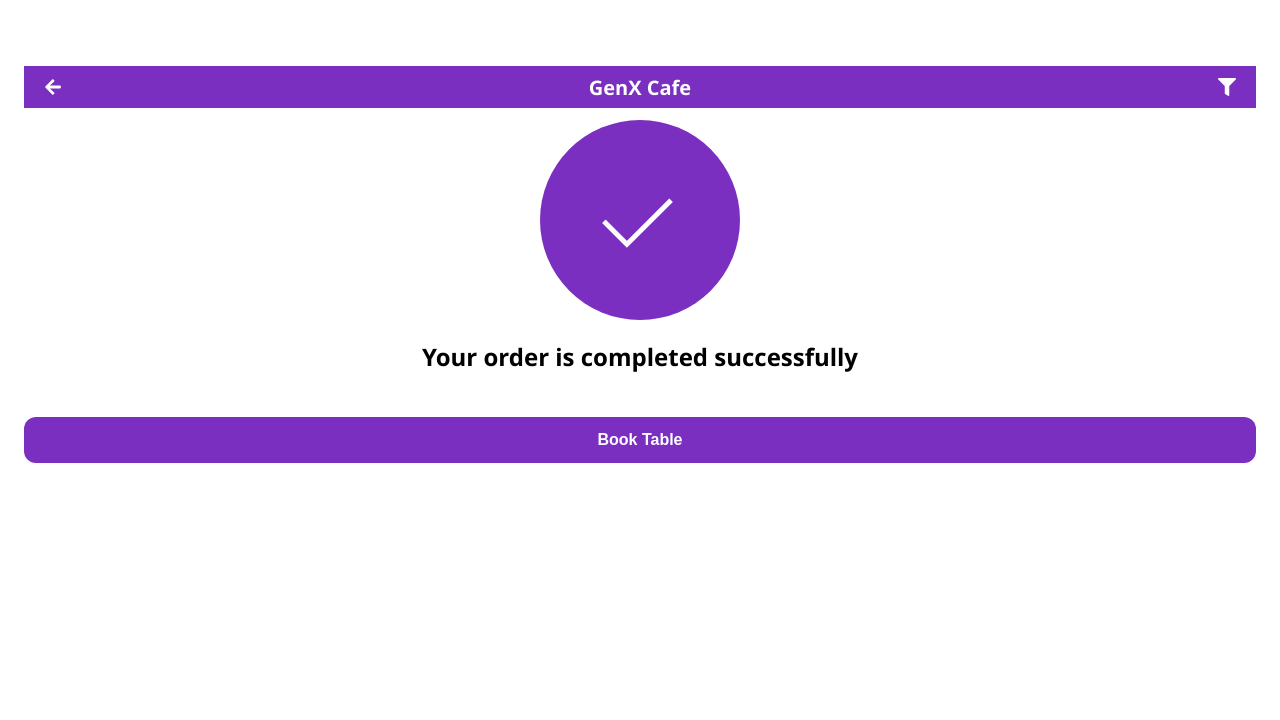
Repository: rajeshwaranslv/sturdy-spork-genx-frontend
Page: /success
The author's editor kept a copy of each file at every save. The page is drawn from the files as they stood at one save, then again after the next save.
The browser window is 1280 px wide. The pictures show the whole page.
The project was rebuilt for these pictures with package versions that can differ from the ones it lists, and the page was loaded fresh each time. Also part of the build but not shown: src/components/TableSelection.js, src/components/MenuSelection.js, src/components/OrderReview.js, src/components/billing.css, src/components/Billing.js.

Above is the page before, as saved 2025-07-15 11:32:52.

### src/App.js
import React from 'react';
import { BrowserRouter as Router, Route, Switch } from 'react-router-dom';
import TableSelection from './components/TableSelection';
import MenuSelection from './components/MenuSelection';
import OrderReview from './components/OrderReview';
import Billing from './components/Billing';
import Success from './components/Success';

export default function App() {
  return (
    <Router>
      <Switch>
        <Route exact path="/" component={TableSelection} />
        <Route path="/menu/:tableId" component={MenuSelection} />
   <Route path="/orders/:orderId" component={OrderReview} />

        <Route path="/billing/:orderId" component={Billing} />
        <Route path="/success" component={Success} />
      </Switch>
    </Router>
  );
}

### src/components/Success.js
import React, { useEffect } from 'react';
import { withRouter } from 'react-router-dom';
import { updateTableStatus } from '../services/api';
import { FaArrowLeft, FaFilter } from 'react-icons/fa'; // ✅ Import icons
import './style.css';

function Success({ history, location }) {
  const tableId = location.state?.tableId;

  useEffect(() => {
    if (tableId) {
      updateTableStatus(tableId, { status: 'available' })
        .then(() => console.log(`Table ${tableId} marked available ✅`))
        .catch(err => console.error('Failed to update table status:', err));
    }
  }, [tableId]);

  return (
<div className="container success-page">
  <div className="header-bar">
    <FaArrowLeft className="icon" onClick={() => history.push('/')} />
    <h2>GenX Cafe</h2>
    <FaFilter className="icon" />
  </div>

  <div className="checkmark-circle">
    <div className="checkmark" />
  </div>

  <h2>Your order is completed successfully</h2>

  <button className="footer-btn" onClick={() => history.push('/')}>
    Book Table
  </button>
</div>

  );
}

export default withRouter(Success);

### src/services/api.js
import axios from 'axios';

const API = axios.create({
  baseURL: 'http://localhost:3001/',
});

export const getTables = () => API.get('/tables');
export const getTableDetails = (id) => API.get(`/tables/${id}`);
export const getFoodItems = () => API.get('/foodItems');

export const placeOrder = (data) => API.post('/orders', data);
export const updateOrderItemStatus = (id, payload) => API.patch(`/orders/${id}`, payload);
export const getOrder = (id) => API.get(`/orders/${id}`);
export const generateBill = (data) => API.post('/bills', data);

// ✅ NEW: Update table status
export const updateTableStatus = (id, payload) => API.patch(`/tables/${id}`, payload);

### src/components/style.css
.container-fluid {
  background: #7a2fc0;
  min-height: 100vh;
  padding: 16px;

  font-family: 'Segoe UI', sans-serif;
}

/* Header Bar */
.header-bar {
  display: flex;
  justify-content: space-between;
  align-items: center;
  background: #7a2fc0;
  padding: 12px 20px;

  color: white;
  margin-bottom: 12px;
  position: relative;
}

.header-bar h2 {
  margin: 0;
  font-size: 20px;
  position: absolute;
  left: 50%;
  transform: translateX(-50%);
}

.icon {
  color: white;
  font-size: 18px;
  cursor: pointer;
}

/* Waiter Info Card */
.waiter-card {
  background: white;
  box-shadow: 0 4px 8px rgba(0,0,0,0.1);
  border-radius: 14px;
  padding: 12px 20px;
  display: flex;
  justify-content: space-between;
  align-items: center;
  max-width: 720px;
  width: 100%;
  margin: 20px auto 12px auto;
  flex-wrap: wrap;
  gap: 12px;
}

.waiter-name {
  color: #7a2fc0;
  font-size: 16px;
  font-weight: 600;
}

.waiter-role {
  font-size: 12px;
  color: #777;
}

.floor-label {
  font-size: 14px;
  font-weight: bold;
  color: #333;
}

.orders-count {
  font-size: 12px;
  color: #777;
}

.order-red {
  color: red;
  font-weight: bold;
}

/* Legend */
.legend-row {
  display: flex;
  justify-content: space-around;
  margin: 20px 0 12px;
  font-size: 13px;
  color: #555;
  flex-wrap: wrap;
  gap: 10px;
}

.legend-dot {
  width: 10px;
  height: 10px;
  border-radius: 50%;
  display: inline-block;
  margin-right: 6px;
}

.legend-dot.green {
  background-color: green;
}

.legend-dot.purple {
  background-color: purple;
}

.legend-dot.red {
  background-color: red;
}

/* Table Section */
.table-section {
  background: #fff;
  padding: 16px;
  border-radius: 24px;
  box-shadow: 0 4px 12px rgba(0, 0, 0, 0.2);
  max-width: 800px;
  margin: auto;
}

/* Table Grid */
.table-grid {
  display: grid;
  grid-template-columns: repeat(auto-fill, minmax(140px, 1fr));
  gap: 14px;
  padding: 10px 0;
}

/* Table Buttons */
.table-btn {
  padding: 16px 0;
  border-radius: 14px;
  font-size: 16px;
  font-weight: bold;
  cursor: pointer;
  border: 2px solid transparent;
  transition: all 0.2s ease-in-out;
  width: 100%;
  text-align: center;
}

.table-btn.available {
  color: green;
  border-color: green;
  background-color: white;
}

.table-btn.available:hover {
  background-color: #f0fff0;
}

.table-btn.selected {
  background-color: #7a2fc0;
  color: white;
  border-color: #7a2fc0;
}

.table-btn.occupied {
  background-color: red;
  color: white;
  cursor: not-allowed;
}

/* Select Button */
.select-btn {
  width: 100%;
  padding: 14px;
  margin-top: 24px;
  border-radius: 14px;
  border: none;
  background-color: #7a2fc0;
  color: white;
  font-size: 16px;
  font-weight: bold;
  cursor: pointer;
  box-shadow: 0 3px 8px rgba(0,0,0,0.1);
}

.select-btn:hover {
  background-color: #6926b2;
}

/* Responsive Tweaks */
@media (max-width: 768px) {
  .header-bar {
    flex-direction: row;
    padding: 10px 16px;
  }

  .header-bar h2 {
    font-size: 18px;
  }

  .waiter-card {
    flex-direction: column;
    align-items: flex-start;
    padding: 14px;
    gap: 8px;
  }

  .legend-row {
    flex-direction: column;
    align-items: flex-start;
    font-size: 12px;
  }

  .footer-btn {
    font-size: 14px;
    padding: 12px;
  }

  .table-grid {
    grid-template-columns: 1fr;
  }
}

@media (min-width: 769px) and (max-width: 1024px) {
  .table-grid {
    grid-template-columns: repeat(3, 1fr);
  }
}
.legend-row {
  display: flex;
  justify-content: center;
  align-items: center;
  gap: 20px;
  flex-wrap: wrap;
  font-size: 14px;
  margin-bottom: 20px;
}

.legend-item {
  display: flex;
  align-items: center;
  gap: 6px;
}

.legend-dot {
  width: 10px;
  height: 10px;
  border-radius: 50%;
  display: inline-block;
}

.legend-dot.green {
  background-color: green;
}

.legend-dot.purple {
  background-color: purple;
}

.legend-dot.red {
  background-color: red;
}
@media (max-width: 480px) {
  .legend-row {
    justify-content: space-between;
    gap: 12px;
    font-size: 12px;
  }
}

### src/components/menu.css

/* menu */
.menu-grid {
  display: grid;
  grid-template-columns: repeat(2, 1fr);
  gap: 14px;
  margin-top: 16px;
}

.container {
  padding: 16px;
  box-sizing: border-box;
  font-family: 'Segoe UI', sans-serif;
}


.menu-card {
  background: #fff;
  padding: 12px;
  border-radius: 14px;
  box-shadow: 0 4px 10px rgba(0,0,0,0.1);
  text-align: center;
  transition: all 0.3s ease;
  border: 2px solid transparent;
}

.menu-card.selected {
  border: 2px solid #7a2fc0;
  background-color: #f3e8ff;
}

.menu-card img {
  width: 80px;
  height: 80px;
  border-radius: 10px;
  object-fit: cover;
}

.menu-card h4 {
  margin: 8px 0 4px;
  font-size: 16px;
  color: #333;
}

.menu-card .desc {
  font-size: 12px;
  color: #777;
  height: 32px;
  overflow: hidden;
}

.menu-card button {
  background-color: #7a2fc0;
  color: white;
  border: none;
  border-radius: 8px;
  padding: 6px 12px;
  margin-top: 8px;
  font-size: 13px;
  cursor: pointer;
}

.menu-card button:hover {
  background-color: #6920a4;
}

.footer-btn {
  width: 100%;
  margin-top: 20px;
  padding: 12px;
  background-color: #7a2fc0;
  color: white;
  border: none;
  border-radius: 12px;
  font-size: 16px;
  font-weight: bold;
  cursor: pointer;
}

.footer-btn:disabled {
  background-color: #ccc;
  cursor: not-allowed;
}

### src/components/order.css
/* order */
.order-list {
  margin-top: 20px;
  display: flex;
  flex-direction: column;
  gap: 14px;
}

.item-row {
  display: flex;
  justify-content: space-between;
  align-items: center;
  background: white;
  padding: 42px 52px;
  border-radius: 14px;
  /* box-shadow: 0 4px 10px rgba(0,0,0,0.08); */
  transition: 0.3s ease;
}

.item-info strong {
  font-size: 15px;
  color: #333;
}

.item-info p {
  font-size: 13px;
  margin-top: 4px;
  color: #777;
}

.item-status {
  display: flex;
  flex-direction: column;
  align-items: center;
  gap: 4px;
}

.custom-switch .ant-switch-checked {
  background-color: #7a2fc0 !important;
}

.status-label {
  font-size: 12px;
  font-weight: bold;
  text-transform: capitalize;
}

.status-label.served {
  color: green;
}

.status-label.ordered {
  color: orange;
}

/* Reuse existing purple button style */
.footer-btn {
  width: 100%;
  margin-top: 24px;
  padding: 14px;
  border-radius: 12px;
  border: none;
  background-color: #7a2fc0;
  color: white;
  font-size: 16px;
  font-weight: bold;
  cursor: pointer;
}

.footer-btn:disabled {
  background-color: #ccc;
  cursor: not-allowed;
}
/* success */
.success-page {
  text-align: center;
  margin-top: 50px;
}

.checkmark-circle {
  width: 200px;
  height: 200px;
  margin: 0 auto 20px;
  border-radius: 50%;
  background-color: #7a2fc0;
  position: relative;
  animation: popCircle 0.5s ease-out;
}

.checkmark {
  position: absolute;
  top: 30%;
  left: 40%;
  width: 30px;
  height: 60px;
  border-right: 5px solid white;
  border-bottom: 5px solid white;
  transform: rotate(45deg) scale(0);
  animation: drawCheck 0.4s 0.3s ease forwards;
}

@keyframes popCircle {
  0% {
    transform: scale(0.7);
    opacity: 0;
  }
  100% {
    transform: scale(1);
    opacity: 1;
  }
}

@keyframes drawCheck {
  to {
    transform: rotate(45deg) scale(1);
  }
}

### src/components/success.css
.success-page {
  display: flex;
  flex-direction: column;
  justify-content: center;
  align-items: center;
  padding: 16px;
  min-height: calc(100vh - 70px); /* leave space for header */
  position: relative;
  text-align: center;
}

.header-bar {
  display: flex;
  justify-content: space-between;
  align-items: center;
  background: #7a2fc0;
  padding: 12px 20px;
  color: white;
  position: relative;
}

.header-bar h2 {
  position: absolute;
  left: 50%;
  transform: translateX(-50%);
  font-size: 20px;
  margin: 0;
}

.checkmark-circle {
  width: 160px;
  height: 160px;
  margin: 40px 0 20px;
  border-radius: 50%;
  background-color: #7a2fc0;
  position: relative;
  animation: popCircle 0.5s ease-out;
  display: flex;
  justify-content: center;
  align-items: center;
}

.checkmark {
  width: 30px;
  height: 60px;
  border-right: 5px solid white;
  border-bottom: 5px solid white;
  transform: rotate(45deg) scale(0);
  animation: drawCheck 0.4s 0.3s ease forwards;
}

@keyframes popCircle {
  0% {
    transform: scale(0.7);
    opacity: 0;
  }
  100% {
    transform: scale(1);
    opacity: 1;
  }
}

@keyframes drawCheck {
  to {
    transform: rotate(45deg) scale(1);
  }
}

.footer-btn {
  position: fixed;
  bottom: 20px;
  left: 16px;
  right: 16px;
  padding: 14px;
  border-radius: 14px;
  border: none;
  background-color: #7a2fc0;
  color: white;
  font-size: 16px;
  font-weight: bold;
  cursor: pointer;
  box-shadow: 0 3px 8px rgba(0,0,0,0.1);
  z-index: 10;
}

Loaded but not shown: public/index.html (common file); src/index.js (common file)

After the next save:
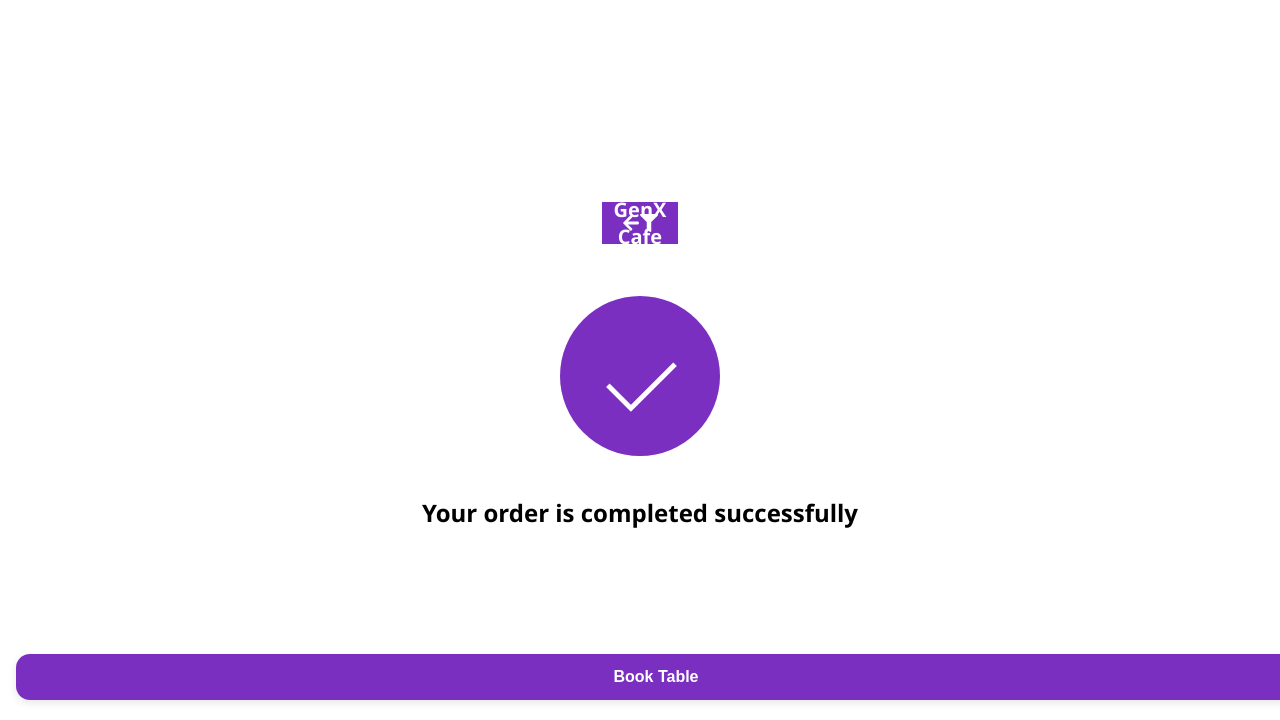
Saved 5 s later.
--- a/src/components/Success.js
+++ b/src/components/Success.js
@@ -2,7 +2,7 @@
 import { withRouter } from 'react-router-dom';
 import { updateTableStatus } from '../services/api';
 import { FaArrowLeft, FaFilter } from 'react-icons/fa'; // ✅ Import icons
-import './style.css';
+import './success.css';
 
 function Success({ history, location }) {
   const tableId = location.state?.tableId;

After the save that followed:
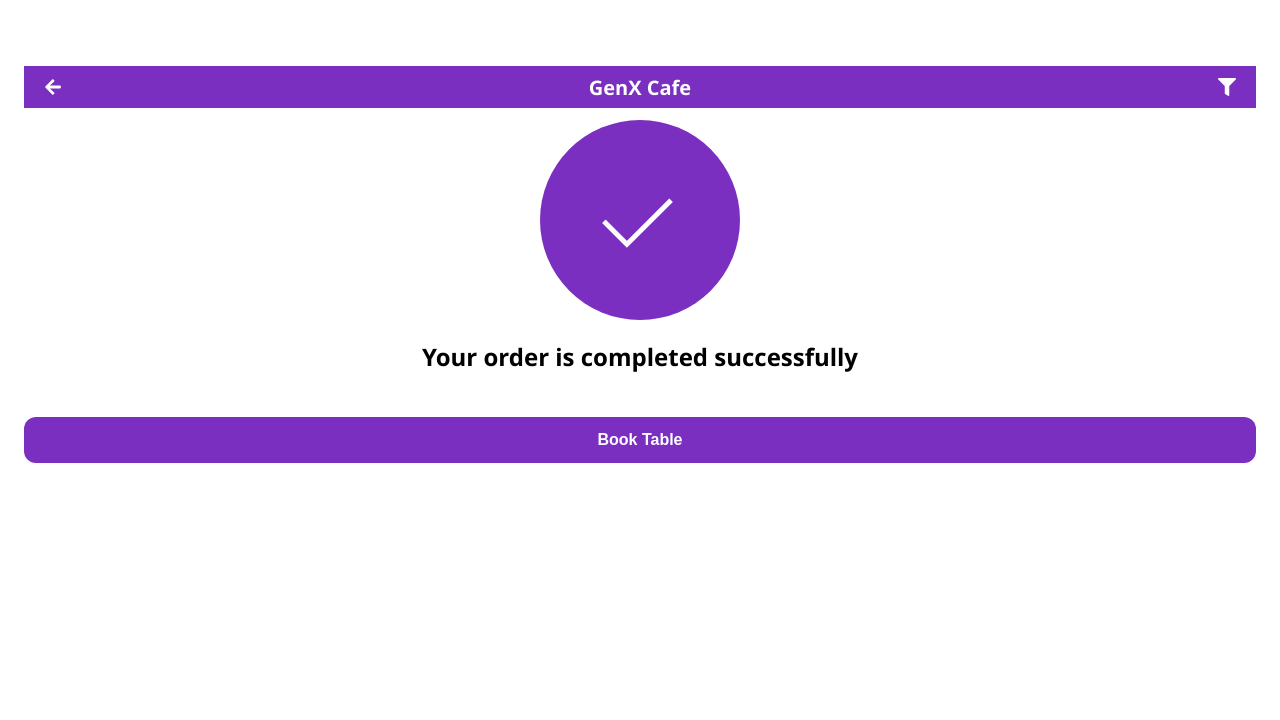
Saved 8 s later.
--- a/src/components/Success.js
+++ b/src/components/Success.js
@@ -2,7 +2,7 @@
 import { withRouter } from 'react-router-dom';
 import { updateTableStatus } from '../services/api';
 import { FaArrowLeft, FaFilter } from 'react-icons/fa'; // ✅ Import icons
-import './success.css';
+import './style.css';
 
 function Success({ history, location }) {
   const tableId = location.state?.tableId;
